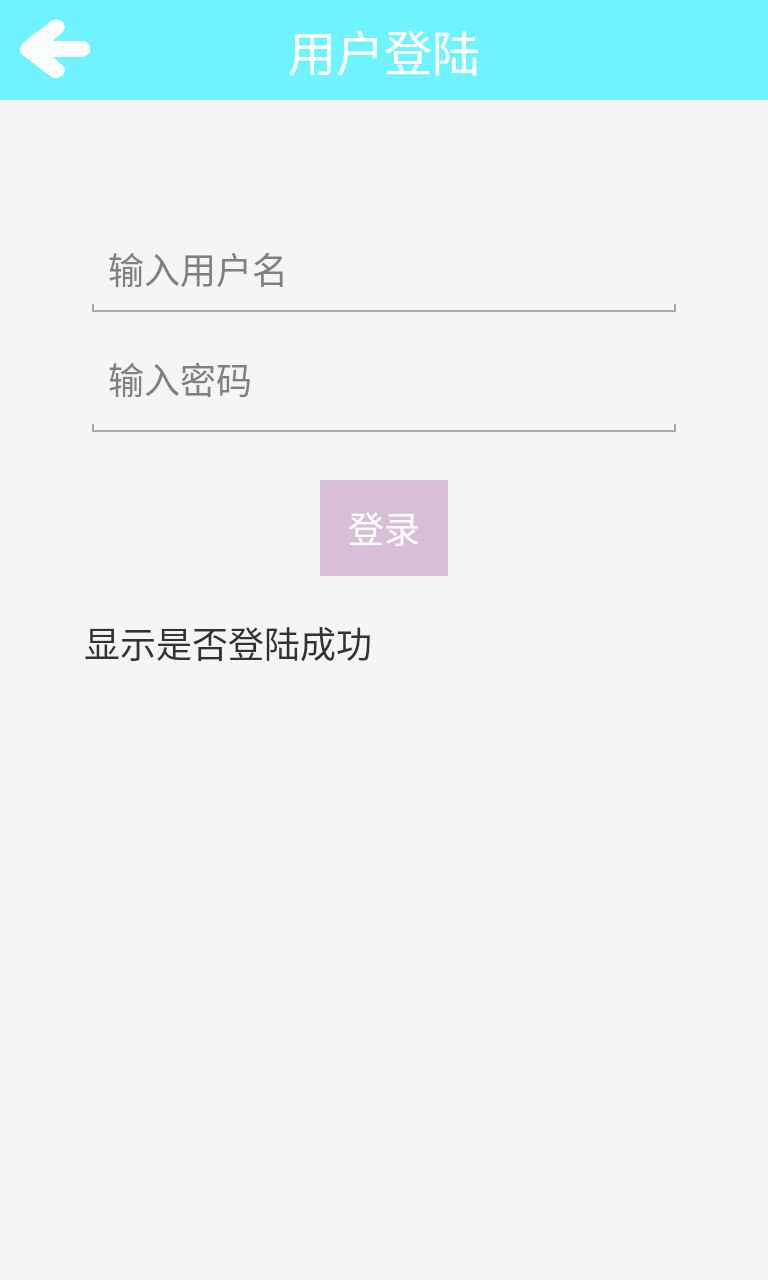
Repository: GuardLDW/HERO
Layout: GuardLDW/res/layout/login.xml
The author's editor kept a copy of each file at every save. The layout is drawn from the files as they stood at one save, then again after the next save.
It is drawn on a 768 x 1280 px phone screen (xhdpi) without system bars, with theme AppTheme; the app's code is not run.

Above is the layout before, as saved 2016-11-07 08:40:01.

After the next save:
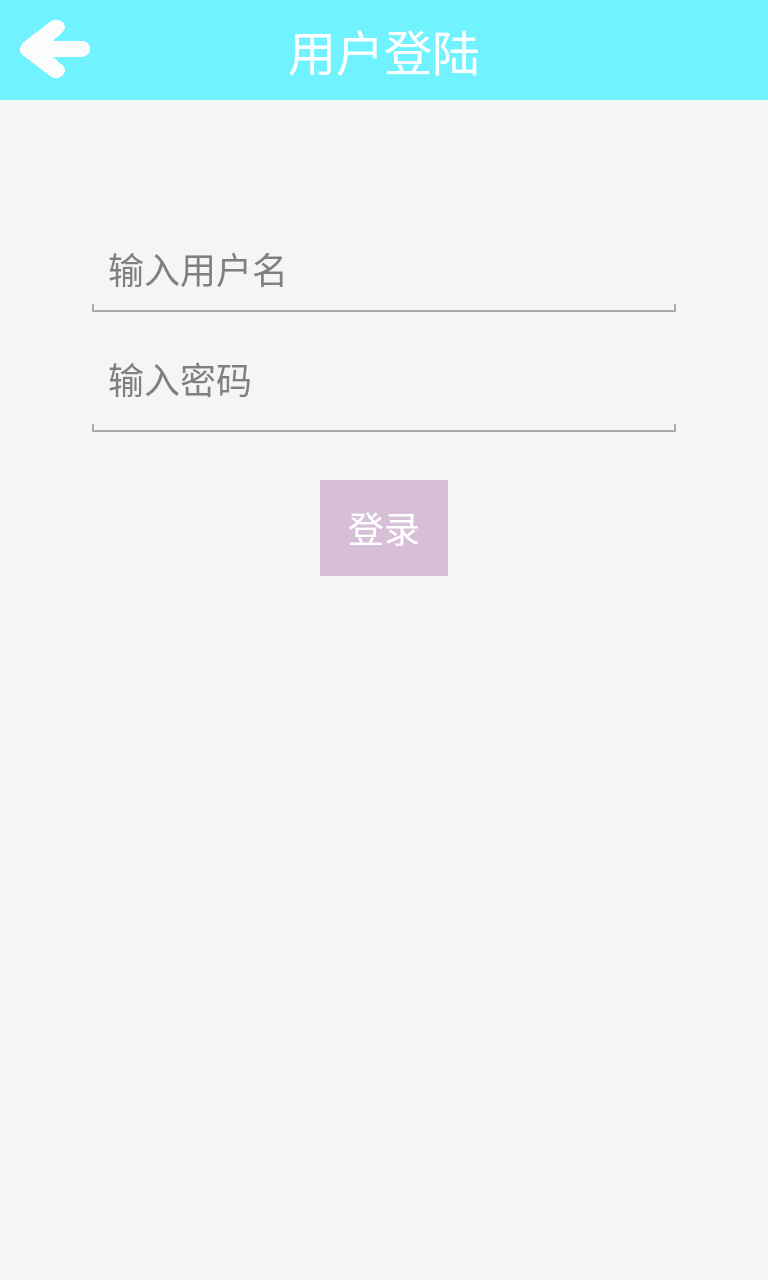
Saved 19 s later.
--- a/GuardLDW/res/layout/login.xml
+++ b/GuardLDW/res/layout/login.xml
@@ -66,15 +66,7 @@
                 android:layout_alignParentTop="true"
                 android:hint="输入用户名" />
 
-            <TextView
-                android:id="@+id/textview_loginresult"
-                android:layout_width="300dp"
-                android:layout_height="wrap_content"
-                android:layout_alignLeft="@+id/edittext_loginpassword"
-                android:layout_below="@+id/button_login"
-                android:layout_marginTop="20dp"
-                android:text="显示是否登陆成功"
-                android:textSize="18sp" />
+
 
         </RelativeLayout>
 
